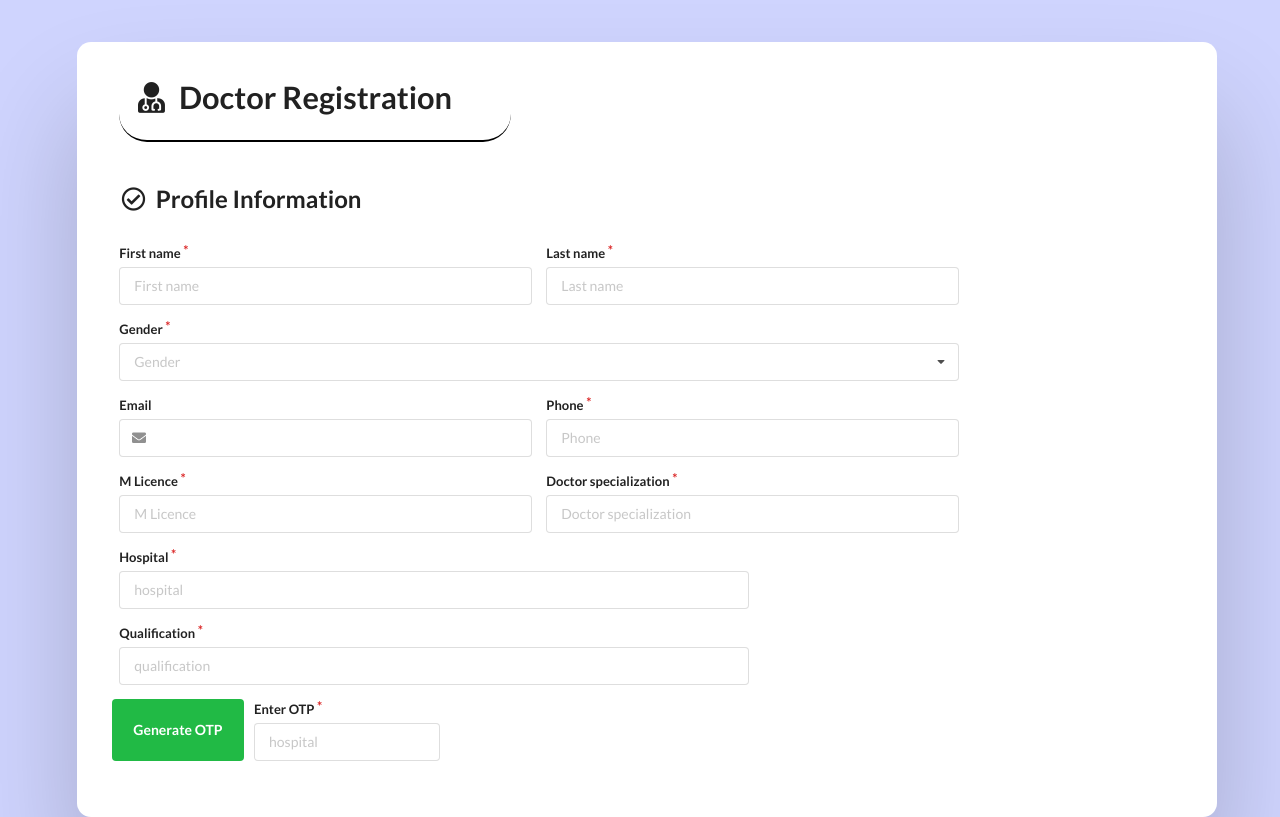
Repository: ajayaj2001/healthcare-digitization
Page: /doctorRegister
These files come from the project's save history. The page is drawn as it stood at one moment and after the next save; the edit follows.
The browser window is 1280 px wide. The pictures show the whole page.
The project was rebuilt for these pictures with package versions that can differ from the ones it lists, and the page was loaded fresh each time. Also part of the build but not shown: src/component/userType/UserType.scss, src/component/userType/UserType.js, src/component/login/Login.scss, src/component/login/loginForm/LoginForm.scss, src/component/login/loginForm/LoginForm.js, src/component/login/Login.js, src/component/register/Register.scss, src/component/register/registerForm/RegisterForm.scss and 2 more.

Above is the page before, as saved 2021-03-13 12:17:29.

After the next save:
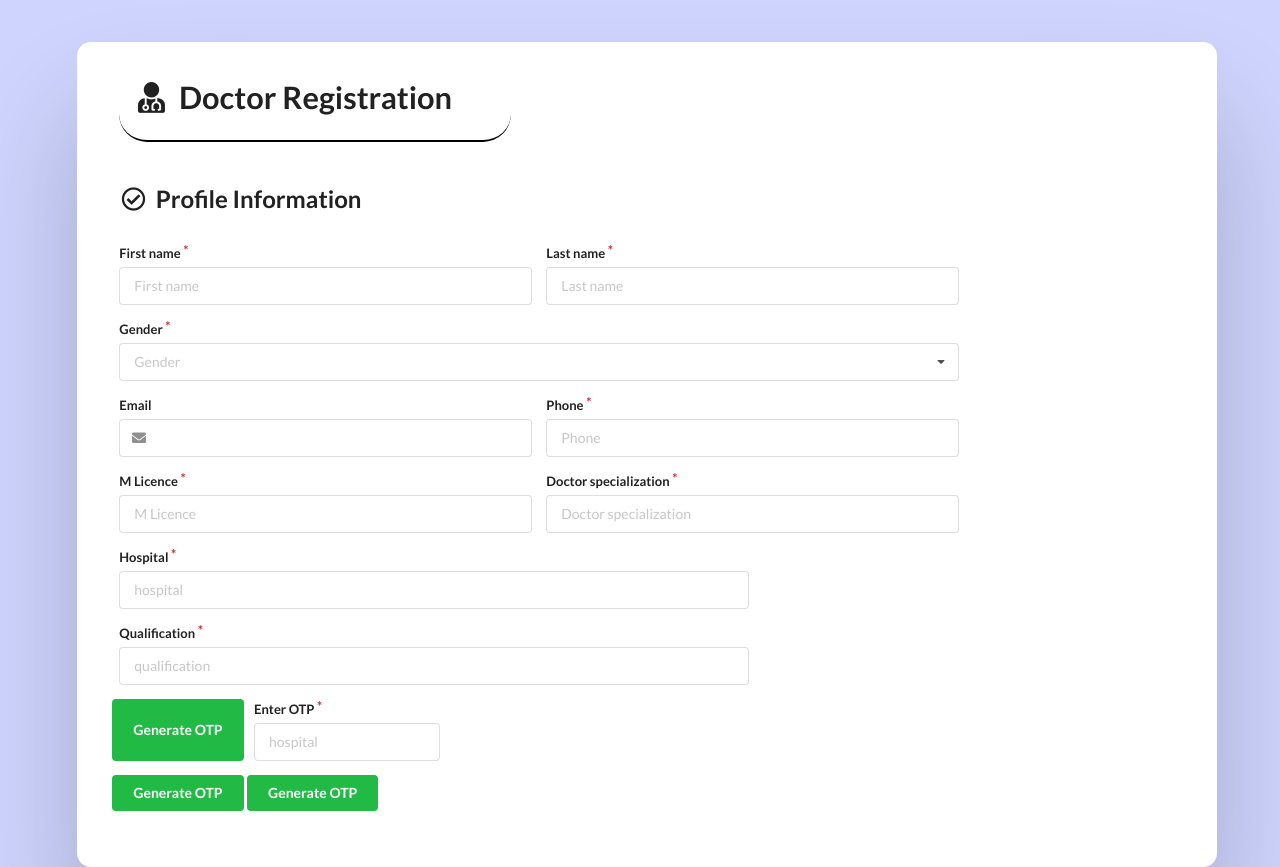
Saved 2 min 35 s later.
--- a/src/component/doctorRegister/doctorRegisterForm/DoctorRegisterForm.js
+++ b/src/component/doctorRegister/doctorRegisterForm/DoctorRegisterForm.js
@@ -66,6 +66,10 @@ const generateOtp=(event)=>{
     <Button positive onClick={event=>generateOtp(event)}>Generate OTP</Button>
     <Form.Input label='Enter OTP' placeholder='hospital' required  />
     </Form.Group>
+    <Form.Group>
+    <Button positive >Generate OTP</Button>
+    <Button positive >Generate OTP</Button>
+    </Form.Group>
   </Form>
         </div>
     )
